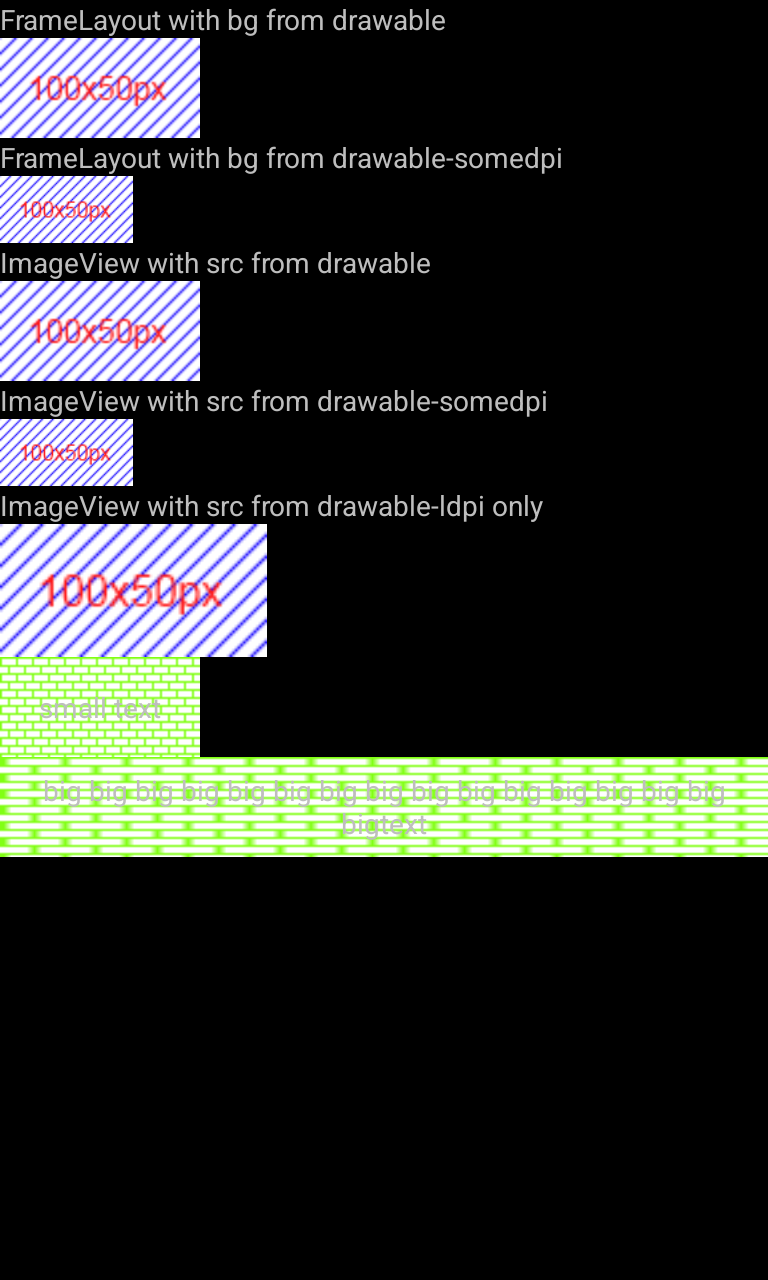
Repository: PVoLan/TestImages
Layout: WS/testimages/res/layout/main.xml
The author's editor kept a copy of each file at every save. The layout is drawn from the files as they stood at one save, then again after the next save.
It is drawn on a 768 x 1280 px phone screen (xhdpi) without system bars, with theme android:Theme; the app's code is not run.

Above is the layout before, as saved 2012-02-28 06:51:02.

After the next save:
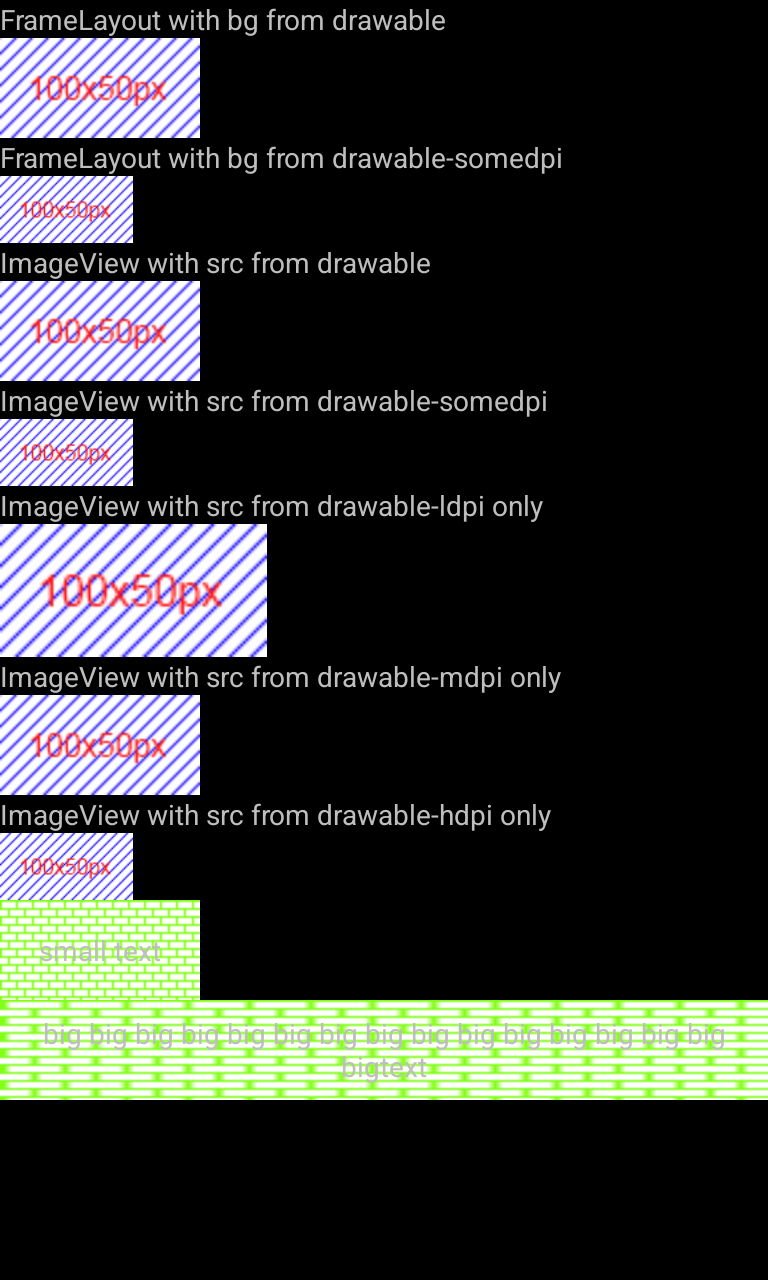
Saved 3 min 30 s later.
--- a/WS/testimages/res/layout/main.xml
+++ b/WS/testimages/res/layout/main.xml
@@ -84,6 +84,34 @@
         <TextView
             android:layout_width="wrap_content"
             android:layout_height="wrap_content"
+            android:text="ImageView with src from drawable-mdpi only" />
+
+
+        <ImageView
+            android:layout_width="wrap_content"
+            android:layout_height="wrap_content"
+            android:src="@drawable/image_only_from_mdpi" >
+
+        </ImageView>
+
+
+        <TextView
+            android:layout_width="wrap_content"
+            android:layout_height="wrap_content"
+            android:text="ImageView with src from drawable-hdpi only" />
+
+
+        <ImageView
+            android:layout_width="wrap_content"
+            android:layout_height="wrap_content"
+            android:src="@drawable/image_only_from_hdpi" >
+
+        </ImageView>
+
+
+        <TextView
+            android:layout_width="wrap_content"
+            android:layout_height="wrap_content"
             android:text="small text"
             android:gravity="center"
             android:background="@drawable/text_bg" />
